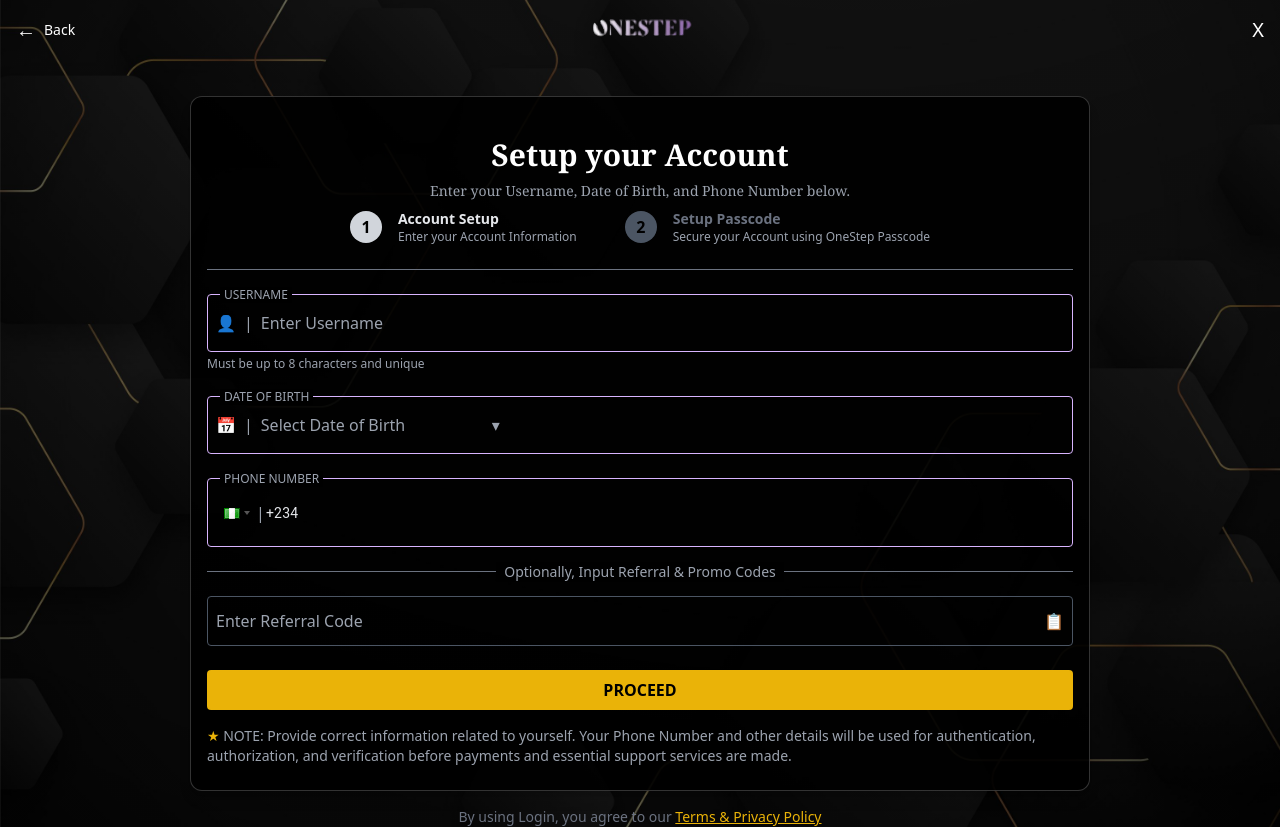
Repository: gloriousnetworker/onestep-authentication-system
Page: /account-setup
These files come from the project's save history. The page is drawn as it stood at one moment and after the next save; the edit follows.
The browser window is 1280 px wide. The pictures show the whole page.
The project was rebuilt for these pictures with package versions that can differ from the ones it lists, and the page was loaded fresh each time. Also part of the build but not shown: vite.config.js, src/pages/LoginPage.jsx, src/pages/SignupPage.jsx, src/pages/GrantAccess.jsx, src/pages/GrantAccessSignup.jsx, src/pages/OTPVerificationPage.jsx, src/pages/OTPVerificationSignup.jsx, src/pages/PasswordPage.jsx and 7 more.

Above is the page before, as saved 2025-01-17 12:36:20.

### index.html
<!doctype html>
<html lang="en">
  <head>
    <meta charset="UTF-8" />
    <link rel="icon" type="image/svg+xml" href="/digitalfingerprint.png" />
    <meta name="viewport" content="width=device-width, initial-scale=1.0" />
    <title>ONESTEP</title>
  </head>
  <body>
    <div id="root"></div>
    <script type="module" src="/src/main.jsx"></script>
  </body>
</html>

### src/App.jsx
import { BrowserRouter as Router, Routes, Route } from 'react-router-dom';
import { useState } from 'react';  // Import useState to manage notification state
import LoginPage from './pages/LoginPage';
import SignupPage from './pages/SignupPage';
import GrantAccess from './pages/GrantAccess';
import GrantAccessSignup from './pages/GrantAccessSignup';
import OTPVerificationPage from './pages/OTPVerificationPage';
import OTPVerificationSignupPage from './pages/OTPVerificationSignup';
import AccountSetupPage from './pages/AccountSetupPage';
import PasswordPage from './pages/PasswordPage';
import PasscodeSetupPage from './pages/PasscodeSetupPage';
import KYCAmlSetupPage from './pages/KYCSetupPage';
import VerifyIdentityPage from './pages/VerifyIdentityPage';
import DashboardPage from './pages/DashboardPage';
import BiometricsLoginPage from './pages/BiometricLoginPage';
import BiometricsRegistrationPage from './pages/BiometricsSetupPage';
import NotificationPopup from './components/NotificationPopup';  // Import NotificationPopup
import PhotoSelfieWithIDPage from './pages/PhotoSelfieWithIdPage';

function App() {
  // State for managing notification
  const [notification, setNotification] = useState({
    message: "",
    type: "",
  });

  // Function to trigger notification
  const showNotification = (message, type) => {
    setNotification({ message, type });
    // Automatically clear notification after 3 seconds
    setTimeout(() => setNotification({ message: "", type: "" }), 3000);
  };

  return (
    <Router>
      {/* Notification Popup */}
      <NotificationPopup
        message={notification.message}
        type={notification.type}
        onClose={() => setNotification({ message: "", type: "" })}
      />

      <Routes>
        <Route path="/" element={<LoginPage showNotification={showNotification} />} />
        <Route path="/sign-up" element={<SignupPage showNotification={showNotification} />} />
        <Route path="/grant-access" element={<GrantAccess showNotification={showNotification} />} />
        <Route path="/grant-access-signup" element={<GrantAccessSignup showNotification={showNotification} />} />
        <Route path="/otp-verification" element={<OTPVerificationPage showNotification={showNotification} />} />
        <Route path="/otp-verification-signup" element={<OTPVerificationSignupPage showNotification={showNotification} />} />
        <Route path="/account-setup" element={<AccountSetupPage showNotification={showNotification} />} />
        <Route path="/password" element={<PasswordPage showNotification={showNotification} />} />
        <Route path="/passcode" element={<PasscodeSetupPage showNotification={showNotification} />} />
        <Route path="/biometrics-setup" element={<BiometricsRegistrationPage showNotification={showNotification} />} />
        <Route path="/biometrics-login" element={<BiometricsLoginPage showNotification={showNotification} />} />
        <Route path="/kyc-setup" element={<KYCAmlSetupPage showNotification={showNotification} />} />
        <Route path="/verify-kyc" element={<VerifyIdentityPage showNotification={showNotification} />} />
        <Route path="/photo-verification" element={<PhotoSelfieWithIDPage showNotification={showNotification} />} />
        <Route path="/dashboard" element={<DashboardPage showNotification={showNotification} />} />
      </Routes>
    </Router>
  );
}

export default App;

### src/pages/AccountSetupPage.jsx
import React, { useState } from "react";
import { useNavigate } from "react-router-dom";
import DatePicker from "react-datepicker";
import "react-datepicker/dist/react-datepicker.css";
import PhoneInput from "react-phone-input-2";
import "react-phone-input-2/lib/style.css";

const AccountSetupPage = () => {
  const navigate = useNavigate();
  const [dob, setDob] = useState(null);
  const [phone, setPhone] = useState("");
  const [username, setUsername] = useState("");
  const [errorMessage, setErrorMessage] = useState("");


  return (
    <div
      className="relative bg-cover bg-center min-h-screen flex flex-col justify-between"
      style={{
        backgroundImage:
          "linear-gradient(rgba(0, 0, 0, 0.6), rgba(0, 0, 0, 0.6)), url('/background.jpg')",
      }}
    >
      {/* Top Left: Back Button */}
      <div
        className="absolute top-4 left-4 flex items-center gap-2 cursor-pointer"
        onClick={() => navigate("/otp-verification-signup")}
      >
        <span className="text-white text-xl">&#8592;</span>
        <span className="text-white text-sm">Back</span>
      </div>

      {/* Top Middle: Logo */}
      <div className="absolute top-4 left-1/2 transform -translate-x-1/2">
        <img
          src="/onestep.png"
          alt="OneStep Logo"
          className="w-28 sm:w-25 h-6"
          loading="lazy"
        />
      </div>

      {/* Top Right: Close Button */}
      <div
        className="absolute top-4 right-4 text-white cursor-pointer text-xl hover:text-gray-400"
        aria-label="Close account setup page"
      >
        X
      </div>

      {/* Center Account Setup Card */}
      <div className="bg-black bg-opacity-90 border border-white border-opacity-20 rounded-xl shadow-lg w-[90%] max-w-[900px] flex flex-col justify-between mt-12 sm:mt-24 mx-auto px-4 py-6">
        <h1 className="text-white text-2xl sm:text-3xl font-bold mb-2 mt-4 text-center font-serif">
          Setup your Account
        </h1>
        <p className="text-gray-400 text-sm mb-2 text-center font-serif">
          Enter your Username, Date of Birth, and Phone Number below.
        </p>

        {/* Steps */}
        <div className="flex justify-center items-start gap-12 mb-6">
          {/* Step 1 */}
          <div className="flex items-center">
            <div className="bg-gray-300 text-black font-semibold w-8 h-8 flex justify-center items-center rounded-full">
              1
            </div>
            <div className="ml-4">
              <h2 className="text-gray-200 text-sm font-bold">Account Setup</h2>
              <p className="text-gray-400 text-xs">
                Enter your Account Information
              </p>
            </div>
          </div>
          {/* Step 2 */}
          <div className="flex items-center">
            <div className="bg-gray-600 text-black font-semibold w-8 h-8 flex justify-center items-center rounded-full">
              2
            </div>
            <div className="ml-4">
              <h2 className="text-gray-500 text-sm font-bold">
                Setup Passcode
              </h2>
              <p className="text-gray-400 text-xs">
                Secure your Account using OneStep Passcode
              </p>
            </div>
          </div>
        </div>

        <hr className="border-gray-500 mb-6" />

        {/* Username Input */}
        <div className="mb-6">
          <div className="relative border border-purple-300 rounded px-2 py-4">
            <label className="absolute -top-2 left-3 bg-black px-1 text-xs text-gray-400">
              USERNAME
            </label>
            <div className="flex items-center">
              <span className="text-gray-400">👤</span>
              <span className="text-gray-400 mx-2">|</span>
              <input
  type="text"
  placeholder="Enter Username"
  className="bg-transparent outline-none text-gray-200 flex-1"
  value={username}
  onChange={(e) => setUsername(e.target.value)}
  onBlur={() => {
    if (username.length < 8) {
      setErrorMessage("Username must be at least 8 characters long.");
    } else {
      setErrorMessage("");
    }
  }}
/>

            </div>
          </div>
          <p className="text-gray-400 text-xs mt-1">
            Must be up to 8 characters and unique
          </p>
        </div>

        {/* Date of Birth Input */}
        <div className="mb-6">
          <div className="relative border border-purple-300 rounded px-2 py-4 flex items-center">
            <label className="absolute -top-2 left-3 bg-black px-1 text-xs text-gray-400">
              DATE OF BIRTH
            </label>
            <span className="text-gray-400">📅</span>
            <span className="text-gray-400 mx-2">|</span>
            <DatePicker
              selected={dob}
              onChange={(date) => setDob(date)}
              className="bg-transparent outline-none text-gray-200 flex-1 w-full"
              placeholderText="Select Date of Birth"
            />
            <span className="text-gray-400">&#9662;</span>
          </div>
        </div>

        {/* Phone Number Input */}
        <div className="mb-6">
          <div className="relative border border-purple-300 rounded px-2 py-4 flex items-center">
            <label className="absolute -top-2 left-3 bg-black px-1 text-xs text-gray-400">
              PHONE NUMBER
            </label>
            <PhoneInput
              country={"ng"}
              value={phone}
              onChange={(phone) => setPhone(phone)}
              inputStyle={{
                background: "transparent",
                color: "#e5e7eb",
                border: "none",
                paddingLeft: "50px", // Creates space for the country code dropdown and separator
              }}
              buttonStyle={{
                background: "transparent", // Removes white background
                border: "none", // Removes border
              }}
              containerClass="phone-input-container"
              dropdownClass="custom-dropdown" // Optional: Add custom dropdown styles if needed
            />
            {/* Separator and Placeholder */}
            <div className="absolute left-12 flex items-center text-gray-400">
              <span>|</span>
            </div>
          </div>
        </div>

        <div className="relative flex items-center justify-center mb-6">
          <hr className="border-gray-500 w-full" />
          <span className="absolute bg-black px-2 text-gray-400 text-sm">
            Optionally, Input Referral & Promo Codes
          </span>
        </div>

        {/* Referral and Promo Codes Section */}
        <div className="mb-6">
          <div className="border border-gray-600 rounded px-2 py-3 flex items-center justify-between">
            <input
              type="text"
              placeholder="Enter Referral Code"
              className="bg-transparent text-gray-200 outline-none flex-1"
            />
            <span className="text-gray-400 ml-2">📋</span>
          </div>
        </div>

        <button
  className="bg-yellow-500 hover:bg-yellow-600 text-black font-semibold w-full py-2 rounded mb-4"
  onClick={() => {
    if (!username || username.length < 8) {
      setErrorMessage("Please provide a valid username.");
      return;
    }
    if (!dob) {
      setErrorMessage("Please select your Date of Birth.");
      return;
    }
    if (!phone || phone.length < 10) {
      setErrorMessage("Please provide a valid phone number.");
      return;
    }

    // Save details to localStorage
    const userDetails = {
      username,
      dob: dob.toISOString().split("T")[0], // Format DOB as YYYY-MM-DD
      phone,
    };
    localStorage.setItem("userDetails", JSON.stringify(userDetails));

    // Show Redirecting message
    setErrorMessage("Redirecting to Onestep Passcode...");
    setTimeout(() => {
      navigate("/passcode");
    }, 2000);
  }}
>
  PROCEED
</button>


        <p className="text-gray-400 text-sm">
          <span className="text-yellow-500">★</span> NOTE: Provide correct
          information related to yourself. Your Phone Number and other details
          will be used for authentication, authorization, and verification
          before payments and essential support services are made.
        </p>
      </div>

      {/* Footer */}
      <div className="text-center text-sm text-gray-500 mt-4">
        By using Login, you agree to our{" "}
        <span className="text-yellow-500 underline cursor-pointer">
          Terms & Privacy Policy
        </span>
      </div>
    </div>
  );
};

export default AccountSetupPage;

### src/components/NotificationPopup.jsx
import React from "react";

const NotificationPopup = ({ message, type, onClose }) => {
  // Define alert styles based on the type
  const typeStyles = {
    success: "bg-green-500 text-white",
    error: "bg-red-500 text-white",
    warning: "bg-yellow-500 text-black",
    info: "bg-blue-500 text-white",
  };

  return (
    <div
      className={`fixed top-4 right-4 w-[300px] sm:w-[400px] p-4 rounded-md shadow-lg transition-transform transform ${
        message ? "scale-100" : "scale-0"
      } ${typeStyles[type] || "bg-gray-500 text-white"}`}
    >
      <div className="flex justify-between items-center">
        {/* Message Content */}
        <span className="text-sm sm:text-base">{message}</span>

        {/* Close Button */}
        <button
          onClick={onClose}
          className="ml-4 text-lg font-bold hover:text-opacity-80"
          aria-label="Close notification"
        >
          &times;
        </button>
      </div>
    </div>
  );
};

export default NotificationPopup;

### tailwind.config.js
module.exports = {
  content: [
    "./index.html",
    "./src/**/*.{js,jsx,ts,tsx}",
  ],
  theme: {
    extend: {
      fontFamily: {
        'times': ['Times New Roman', 'serif'],
      },
    },
  },
  plugins: [],
};

Loaded but not shown: src/main.jsx (common file); src/index.css (common file)

After the next save:
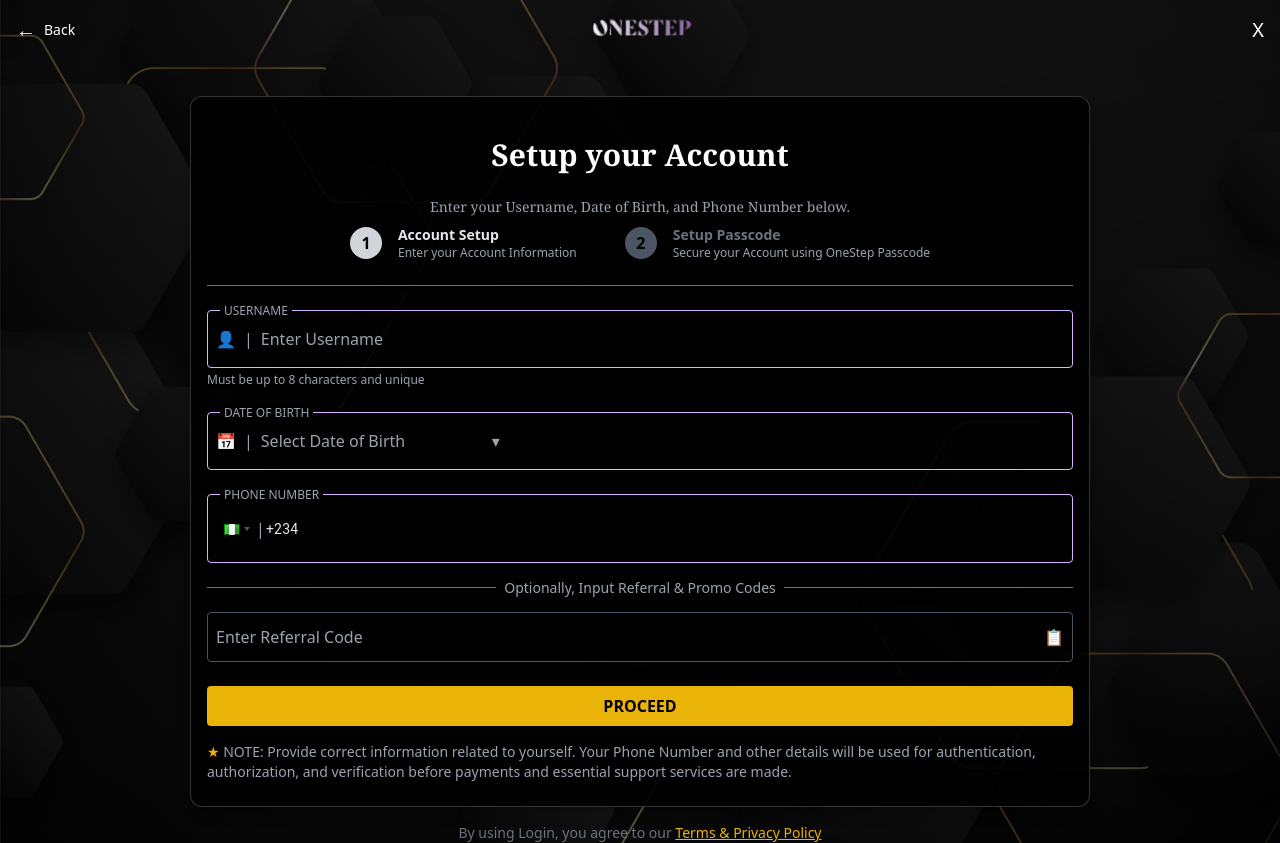
Saved 3 min 37 s later.
--- a/src/pages/AccountSetupPage.jsx
+++ b/src/pages/AccountSetupPage.jsx
@@ -50,12 +50,16 @@ const AccountSetupPage = () => {
 
       {/* Center Account Setup Card */}
       <div className="bg-black bg-opacity-90 border border-white border-opacity-20 rounded-xl shadow-lg w-[90%] max-w-[900px] flex flex-col justify-between mt-12 sm:mt-24 mx-auto px-4 py-6">
-        <h1 className="text-white text-2xl sm:text-3xl font-bold mb-2 mt-4 text-center font-serif">
-          Setup your Account
-        </h1>
-        <p className="text-gray-400 text-sm mb-2 text-center font-serif">
-          Enter your Username, Date of Birth, and Phone Number below.
-        </p>
+      <h1 className="text-white text-2xl sm:text-3xl font-bold mb-2 mt-4 text-center font-serif">
+  Setup your Account
+</h1>
+<div className="text-center mb-4">
+  {errorMessage && <p className="text-red-500 text-xs">{errorMessage}</p>}
+</div>
+<p className="text-gray-400 text-sm mb-2 text-center font-serif">
+  Enter your Username, Date of Birth, and Phone Number below.
+</p>
+
 
         {/* Steps */}
         <div className="flex justify-center items-start gap-12 mb-6">
